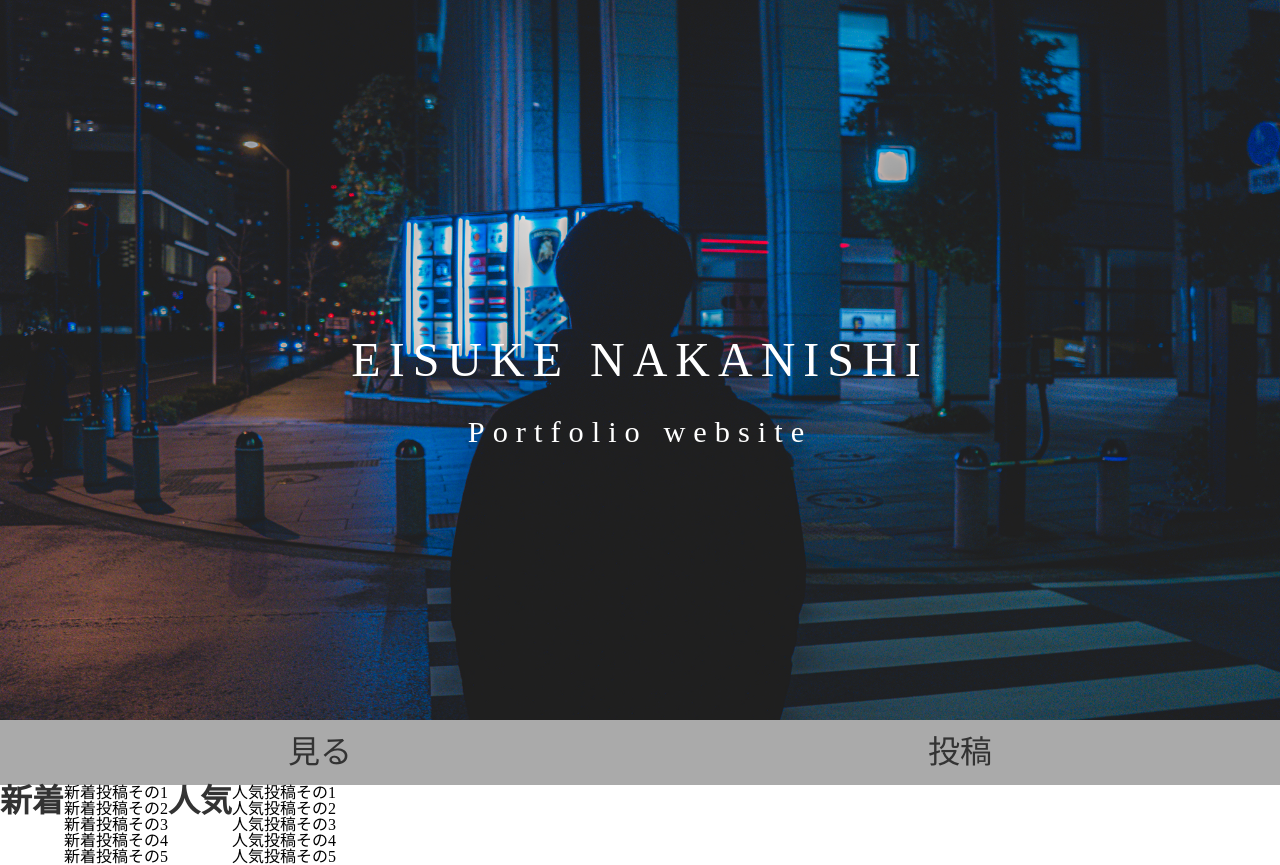
Repository: KustomApe/LandorusInc
Page: index.html
These files come from the project's save history. The page is drawn as it stood at one moment and after the next save; the edit follows.
The browser window is 1280 px wide. The pictures show the whole page.

Above is the page before, as saved 2021-07-24 13:15:12.

After the next save:
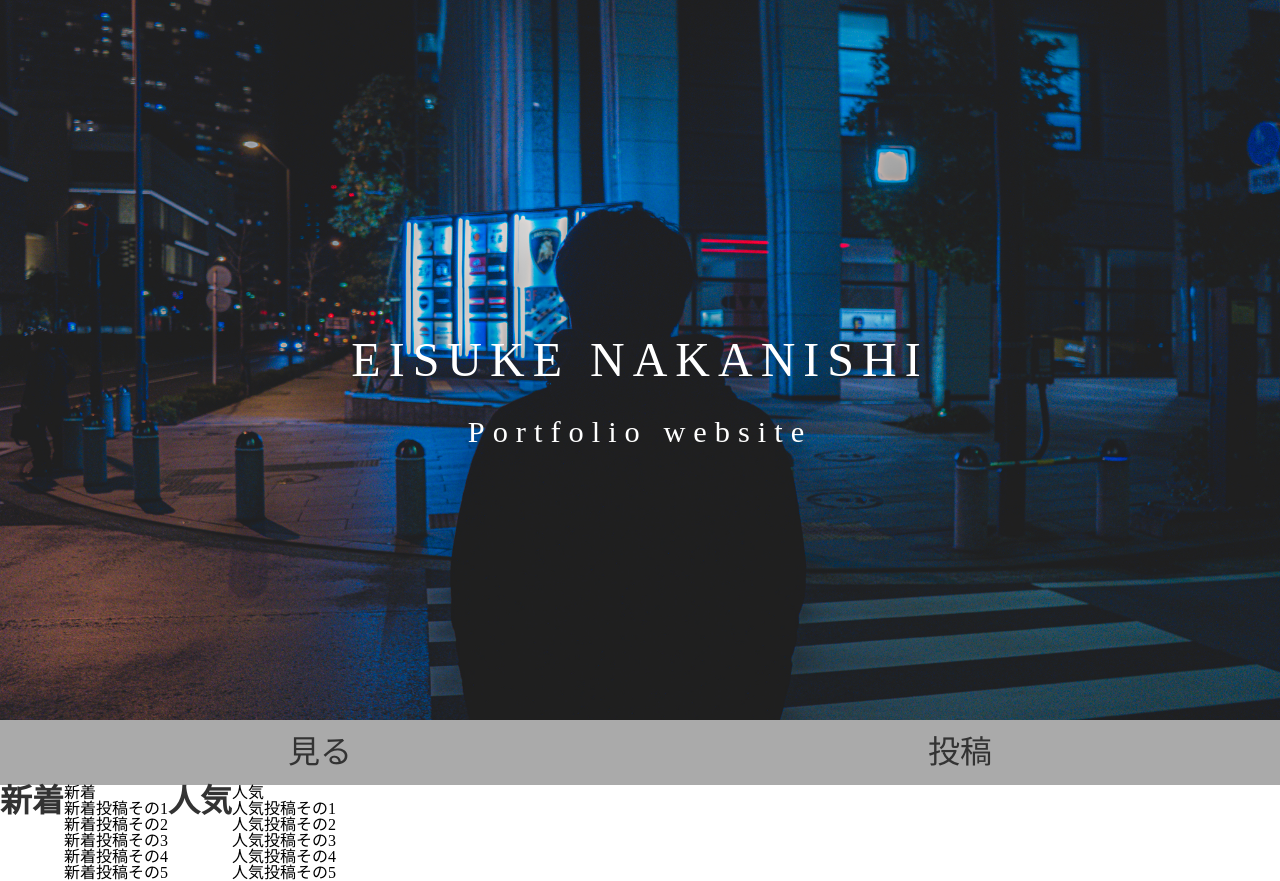
Saved 25 s later.
--- a/index.html
+++ b/index.html
@@ -22,6 +22,7 @@
         <div id="topic">
             <h2>新着</h2>
             <ul class="topics">
+                <li>新着</li>
                 <li>新着投稿その1</li>
                 <li>新着投稿その2</li>
                 <li>新着投稿その3</li>
@@ -30,6 +31,7 @@
             </ul>
             <h2>人気</h2>
             <ul class="topics">
+                <li>人気</li>
                 <li>人気投稿その1</li>
                 <li>人気投稿その2</li>
                 <li>人気投稿その3</li>
